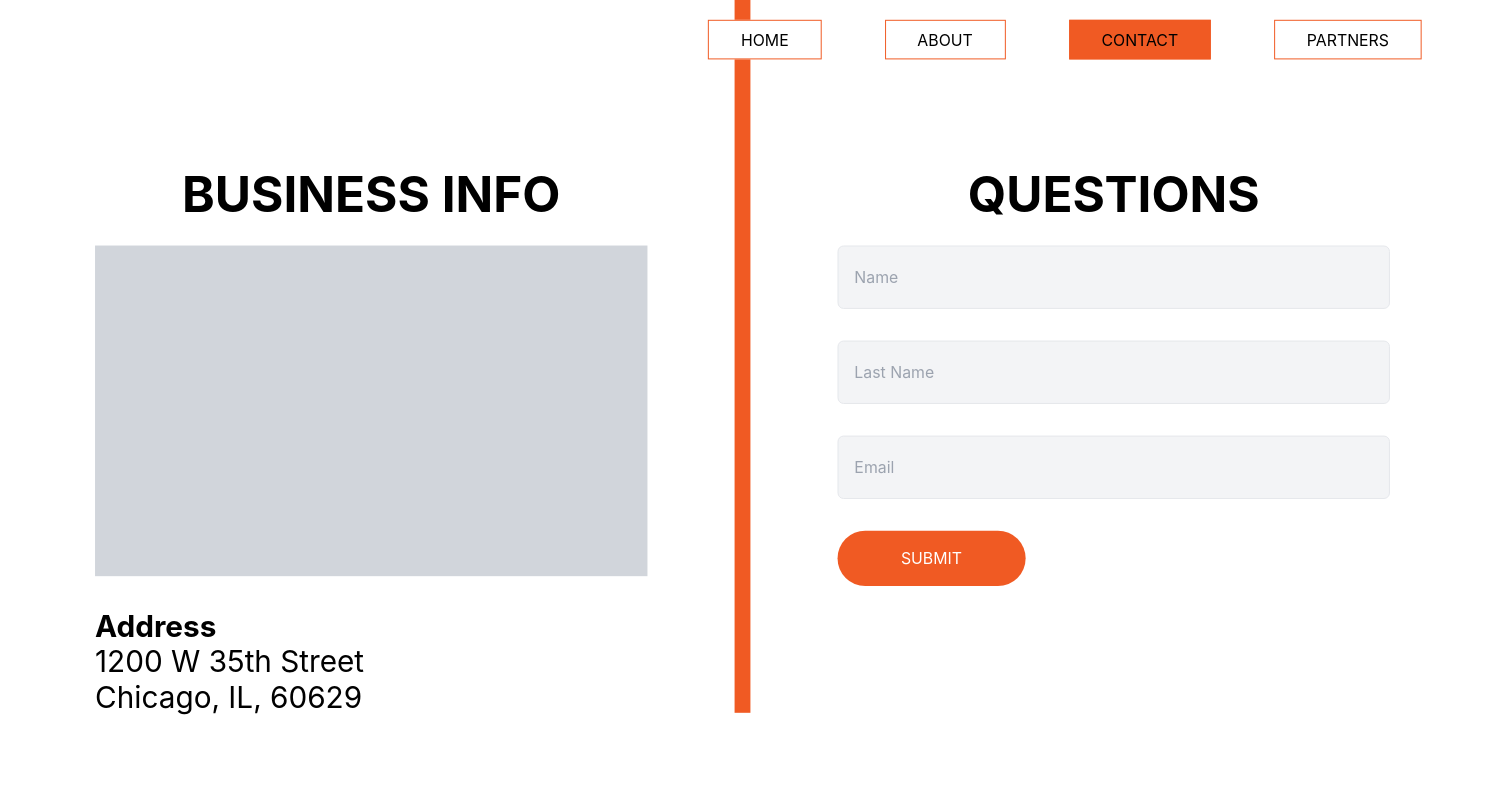
Repository: legenddev1202/whyclicktv
Page: /contact
These files come from the project's save history. The page is drawn as it stood at one moment and after the next save; the edit follows.
The browser window is 1280 px wide. The page is 1500 px wide, so the pictures cover 1500 px, including what lies to the right of the window. The pictures show the whole page, at 99% of full size.
The project was rebuilt for these pictures with package versions that can differ from the ones it lists, and the page was loaded fresh each time. Also part of the build but not shown: src/App.css, src/pages/home.js, src/pages/about.js, src/pages/partners.js, src/pages/referral.js.

Above is the page before, as saved 2022-03-31 14:49:50.

### public/index.html
<!DOCTYPE html>
<html lang="en">
  <head>
    <meta charset="utf-8" />
    <link rel="icon" href="%PUBLIC_URL%/favicon.ico" />
    <meta name="viewport" content="width=device-width, initial-scale=1" />
    <meta name="theme-color" content="#000000" />
    <meta name="description" content="why-click" />
    <link rel="apple-touch-icon" href="%PUBLIC_URL%/favicon.ico" />
    <!--
      manifest.json provides metadata used when your web app is installed on a
      user's mobile device or desktop. See https://developers.google.com/web/fundamentals/web-app-manifest/
    -->
    <link rel="manifest" href="%PUBLIC_URL%/manifest.json" />
    <!--
      Notice the use of %PUBLIC_URL% in the tags above.
      It will be replaced with the URL of the `public` folder during the build.
      Only files inside the `public` folder can be referenced from the HTML.

      Unlike "/favicon.ico" or "favicon.ico", "%PUBLIC_URL%/favicon.ico" will
      work correctly both with client-side routing and a non-root public URL.
      Learn how to configure a non-root public URL by running `npm run build`.
    -->
    <title>WhyClick.tv</title>
  </head>
  <body>
    <noscript>WhyClick.tv</noscript>
    <div id="root"></div>
    <!--
      This HTML file is a template.
      If you open it directly in the browser, you will see an empty page.

      You can add webfonts, meta tags, or analytics to this file.
      The build step will place the bundled scripts into the <body> tag.

      To begin the development, run `npm start` or `yarn start`.
      To create a production bundle, use `npm run build` or `yarn build`.
    -->
  </body>
</html>

### src/index.css
@tailwind base;
@tailwind components;
@tailwind utilities;

body {
  margin: 0;
  font-family: -apple-system, BlinkMacSystemFont, "Segoe UI", "Roboto", "Oxygen",
    "Ubuntu", "Cantarell", "Fira Sans", "Droid Sans", "Helvetica Neue",
    sans-serif;
  -webkit-font-smoothing: antialiased;
  -moz-osx-font-smoothing: grayscale;
  height: 100%;
  min-height: 700px;
  min-width: 1500px;
}

code {
  font-family: source-code-pro, Menlo, Monaco, Consolas, "Courier New",
    monospace;
}

### src/App.js
import { Routes, Route, Link } from "react-router-dom";
import "./App.css";
import Home from "./pages/home";
import About from "./pages/about";
import Contact from "./pages/contact";
import Partners from "./pages/partners";
import Referral from "./pages/referral";

function App() {
  return (
    <Routes>
      <Route path="/" element={<Home />} />
      <Route path="about" element={<About />} />
      <Route path="contact" element={<Contact />} />
      <Route path="partners" element={<Partners />} />
      <Route path="referrel" element={<Referral />} />
    </Routes>
  );
}

export default App;

### src/pages/contact.js
import React from "react";
import { Routes, Route, Link } from "react-router-dom";

function Contact() {
  return (
    <div className="relative h-full w-full" style={{ height: "100vh" }}>
      <div className="bg-transparent w-full h-20 flex items-center px-8 justify-between z-20 absolute">
        <div></div>
        <div className="bg-transparent">
          <button
            className="h-10 px-8 mx-8 border"
            style={{ borderColor: "#F05A23", backgroundColor: "white" }}
          >
            <Link to="/">HOME</Link>
          </button>
          <button
            className="h-10 px-8 mx-8 border"
            style={{ borderColor: "#F05A23", backgroundColor: "white" }}
          >
            <Link to="/about">ABOUT</Link>
          </button>
          <button
            className="h-10 px-8 mx-8 border"
            style={{ borderColor: "#F05A23", backgroundColor: "#F05A23" }}
          >
            <Link to="/contact">CONTACT</Link>
          </button>
          <button
            className="h-10 px-8 mx-8 border"
            style={{ borderColor: "#F05A23" }}
          >
            <Link to="/partners">PARTNERS</Link>
          </button>
        </div>
      </div>
      <div
        className="absolute w-4 h-full left-0 right-0 mx-auto z-10"
        style={{ backgroundColor: "#F05A23", height: "100vh" }}
      ></div>
      <div className="w-full mt-20 absolute p-12 flex">
        <div className="w-1/2 p-12 pr-24 flex flex-col items-center">
          <div className="text-4xl font-bold" style={{ fontSize: 50 }}>
            BUSINESS INFO
          </div>
          <div
            className="w-full h-72 bg-gray-300 mt-8"
            style={{ height: 334 }}
          ></div>
          <div className="mt-8 self-start">
            <div
              className="text-xl font-bold"
              style={{ fontSize: 30, lineHeight: 1.2 }}
            >
              Address
            </div>
            <div className="text-xl" style={{ fontSize: 30, lineHeight: 1.2 }}>
              1200 W 35th Street{" "}
            </div>
            <div className="text-xl" style={{ fontSize: 30, lineHeight: 1.2 }}>
              Chicago, IL, 60629{" "}
            </div>
          </div>
        </div>
        <div className="w-1/2 p-12 pl-24 flex flex-col items-center">
          <div className="text-4xl font-bold" style={{ fontSize: 50 }}>
            QUESTIONS
          </div>
          <div className="w-full mt-8">
            <input
              className="w-full rounded-md h-16 border px-4 bg-gray-100"
              placeholder="Name"
            ></input>
            <div className="w-full mt-8">
              <input
                className="w-full rounded-md h-16 border px-4 bg-gray-100"
                placeholder="Last Name"
              ></input>
            </div>

            <div className="w-full mt-8">
              <input
                className="w-full rounded-md h-16 border px-4 bg-gray-100"
                placeholder="Email"
              ></input>
            </div>
          </div>
          <div className="self-start mt-8">
            <button
              className="p-4 rounded-full px-16"
              style={{ backgroundColor: "#F05A23", color: "white" }}
            >
              SUBMIT
            </button>
          </div>
        </div>
      </div>
    </div>
  );
}

export default Contact;

Loaded but not shown: src/index.js (common file); src/reportWebVitals.js (common file); tailwind.config.js (common file)

After the next save:
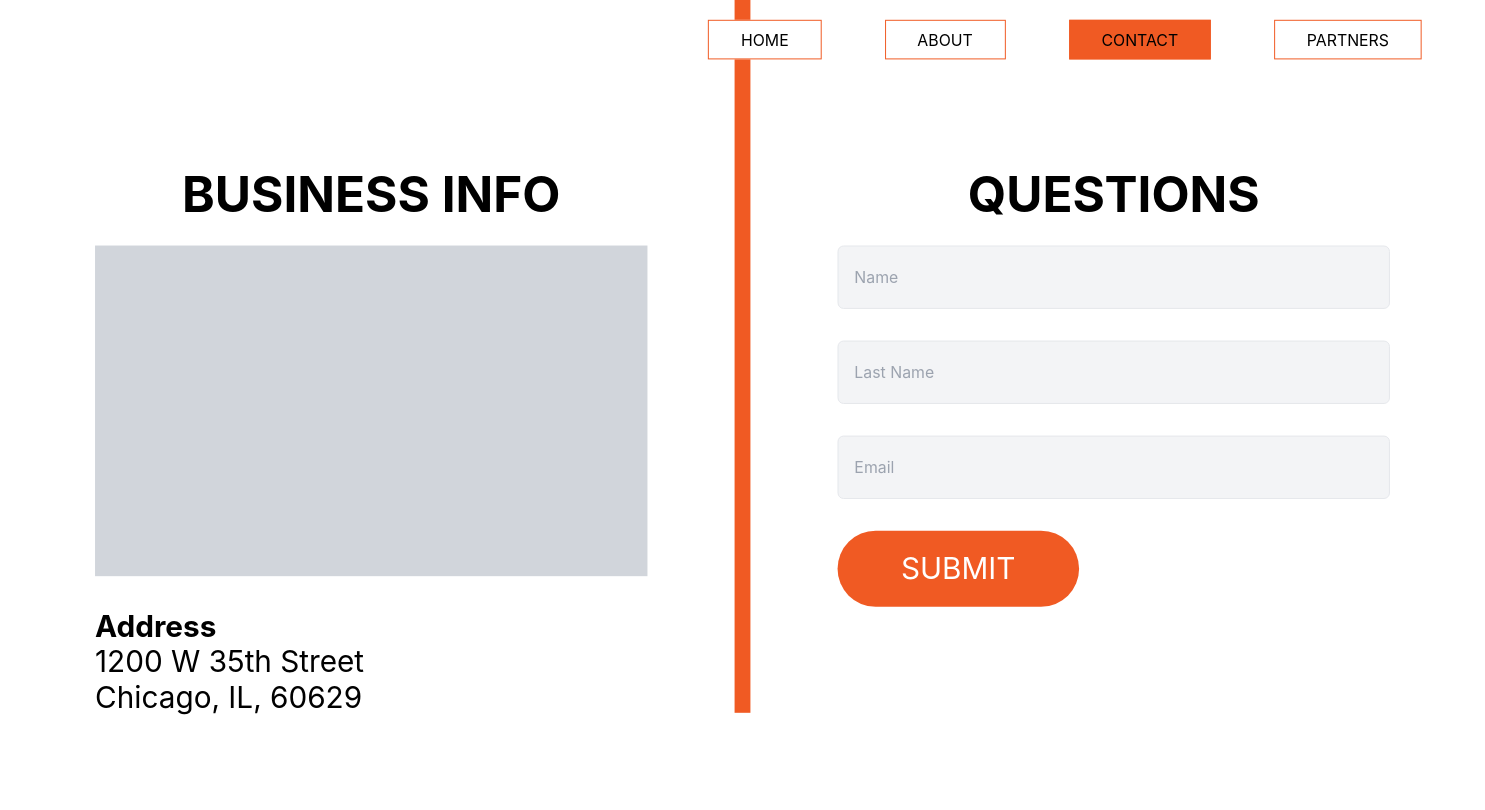
Saved 15 s later.
--- a/src/pages/contact.js
+++ b/src/pages/contact.js
@@ -87,7 +87,11 @@ function Contact() {
           <div className="self-start mt-8">
             <button
               className="p-4 rounded-full px-16"
-              style={{ backgroundColor: "#F05A23", color: "white" }}
+              style={{
+                backgroundColor: "#F05A23",
+                color: "white",
+                fontSize: 30,
+              }}
             >
               SUBMIT
             </button>
